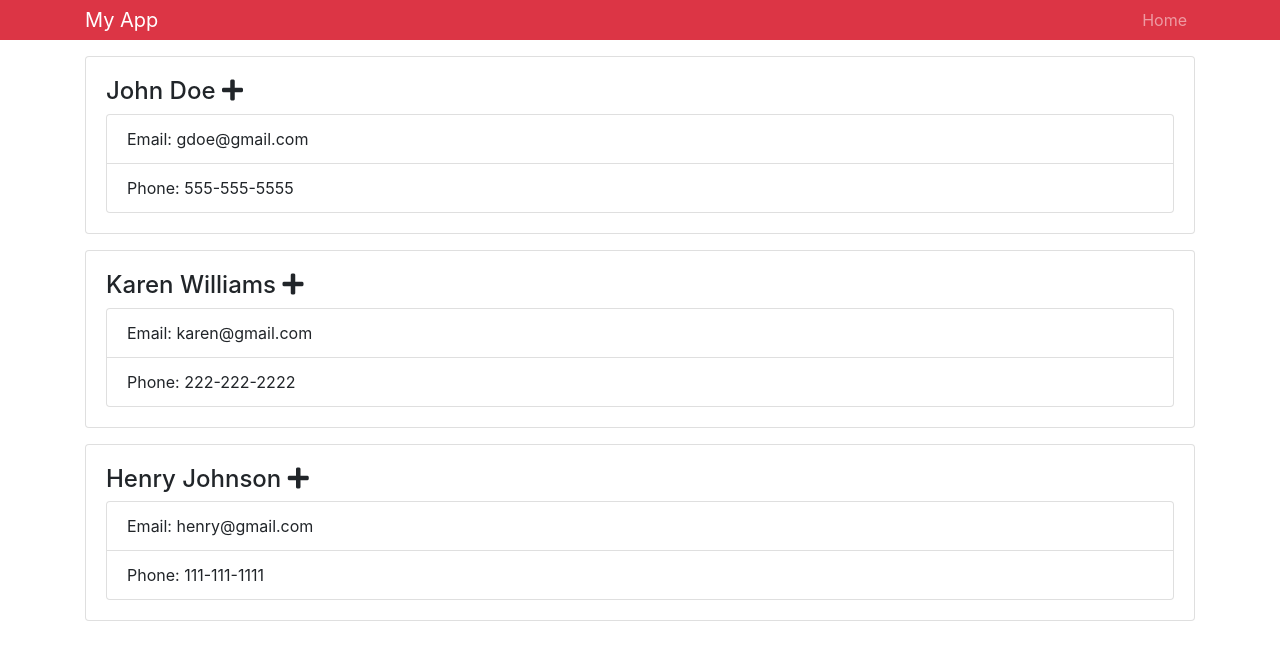
Repository: Mtbwka/contactmanager
Page: /contact/add
These files come from the project's save history. The page is drawn as it stood at one moment and after the next save; the edit follows.
The browser window is 1280 px wide. The pictures show the whole page.
Some web libraries are served in a nearby version. The project was rebuilt for these pictures with package versions that can differ from the ones it lists, and the page was loaded fresh each time.

Above is the page before, as saved 2019-04-24 22:11:36.

After the next save:
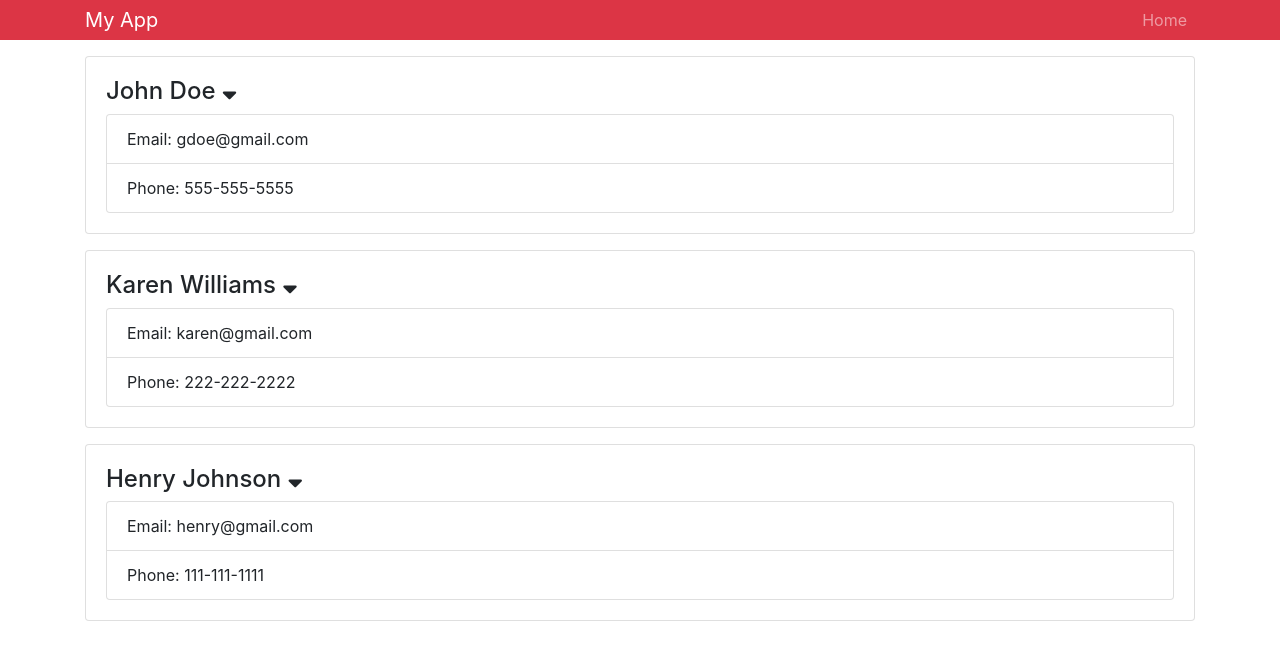
Saved 42 s later.
--- a/src/components/Contact.js
+++ b/src/components/Contact.js
@@ -12,7 +12,7 @@ class Contact extends Component {
     const { name, email, phone } = this.props.contact;
     return (
       <div className='card card-body mb-3'>
-        <h4>{name} <i className="fas fa-plus"></i></h4>
+        <h4>{name} <i className="fas fa-sort-down"></i></h4>
         <ul className='list-group'>
           <li className='list-group-item'>Email: {email}</li>
           <li className='list-group-item'>Phone: {phone}</li>
